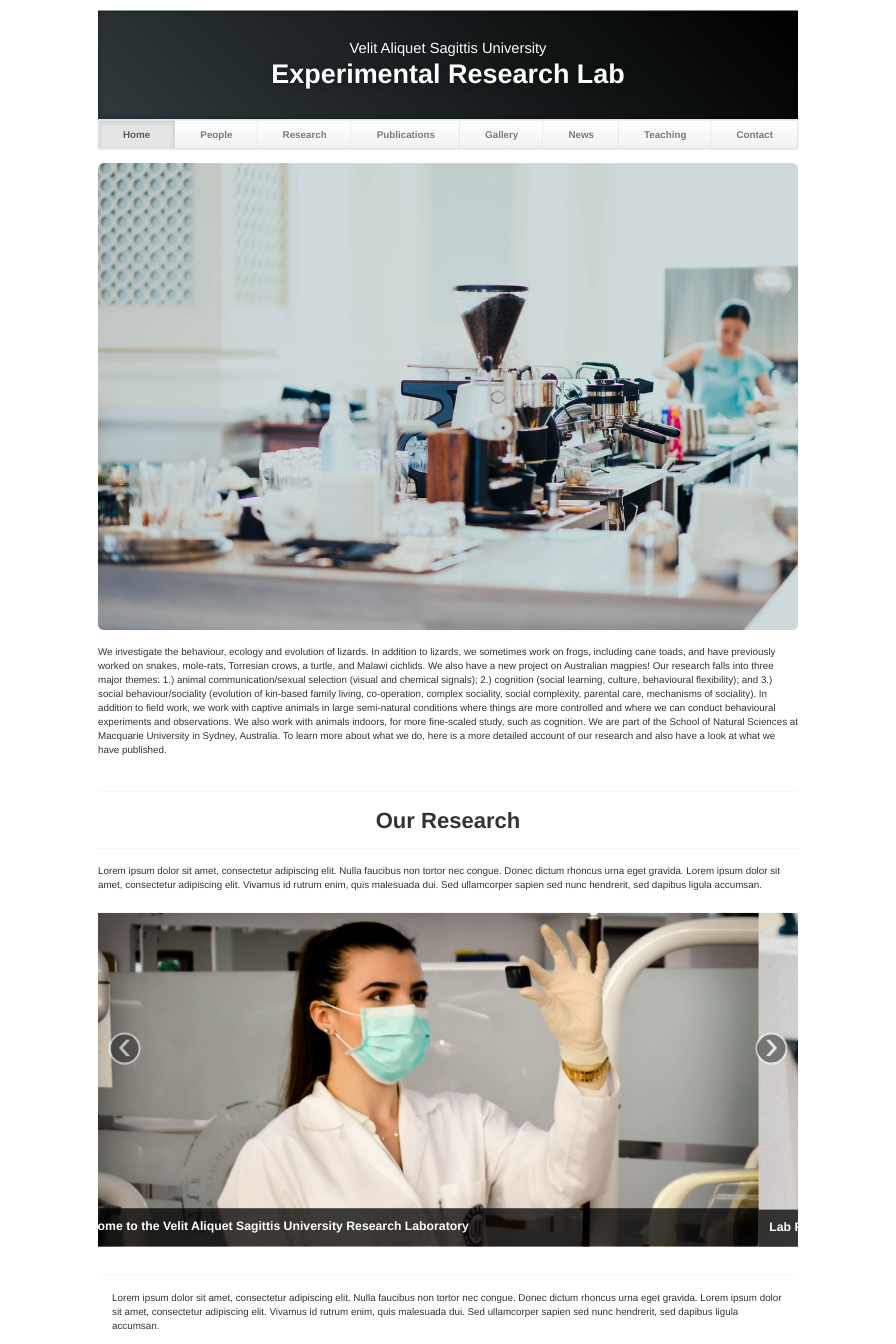
Repository: IAEUC/iaeuc.github.io
Page: index.html
An editor plug-in stored every save of this project. The page is shown before and after the next save, followed by the edit.
The browser window is 1280 px wide. The pictures show the part of the page from y = 0 to 1920 px (the page is 2837 px tall before and 2570 px after), at 70% of full size.

Above is the page before, as saved 2025-08-07 17:28:08.

After the next save:
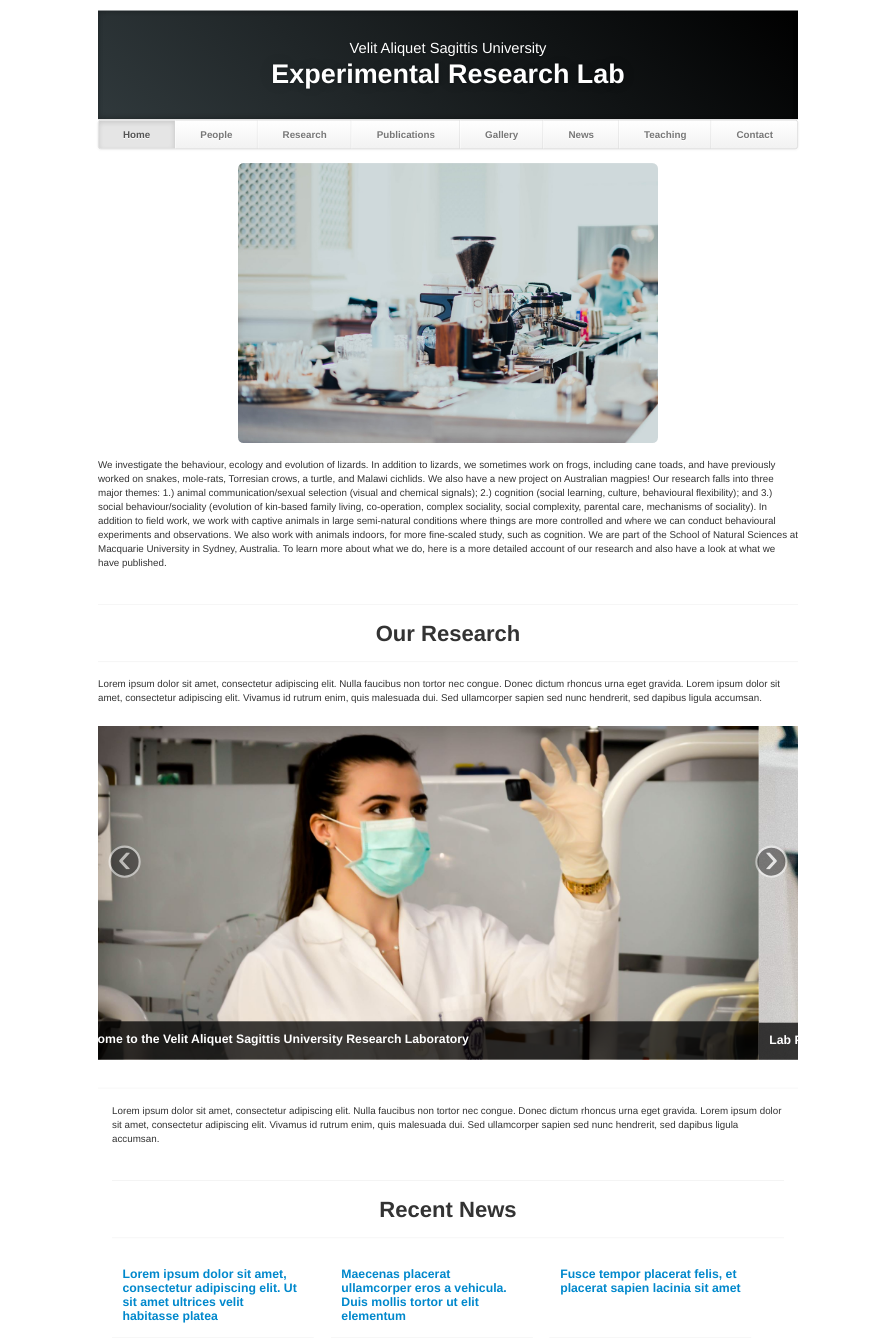
Saved 27 s later.
--- a/index.html
+++ b/index.html
@@ -36,7 +36,7 @@
             </div>
          </div>
          <div class="centered" style="margin-bottom: 20px;">
-                                 <img src="images/lab-photo.jpg" alt="Research Laboratory" style="max-width: 100%; height: auto; border-radius: 8px;">
+                                 <img src="images/lab-photo.jpg" alt="Research Laboratory" style="max-width: 100%; max-height: 400px; border-radius: 8px;">
                               </div>
          <div class="row-fluid">
             <div class="span12">
